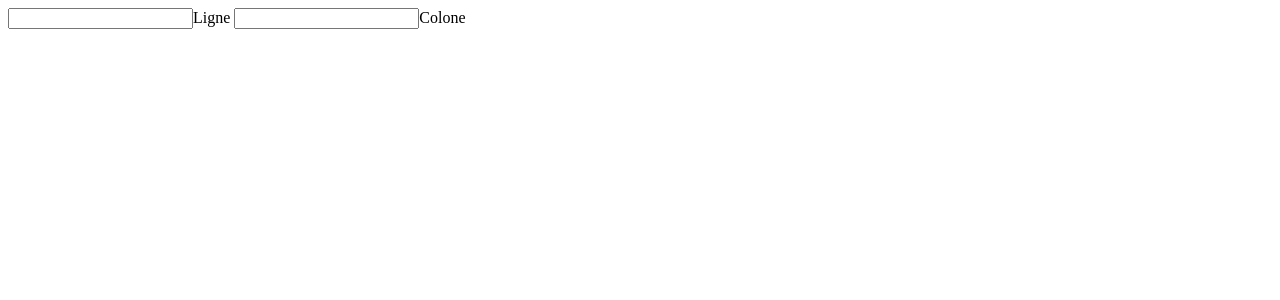
Repository: SamerBenMim/TP3_JEE
Page: TP-3/src/main/webapp/formulaire.html
The author's editor kept a copy of each file at every save. The page is drawn from the files as they stood at one save, then again after the next save.
The browser window is 1280 px wide. The pictures show the whole page.

Above is the page before, as saved 2021-10-11 13:56:25.

### TP-3/src/main/webapp/formulaire.html
<!DOCTYPE html>
<html>
<head>
<meta charset="ISO-8859-1">
<title>Formulaire</title>
<body>
<form action="FirstServlet"  method="get">
<input type="number" id="ligne" name="nbLig">Ligne
<input type="number" id="colone" name="nbCol">Colone
</form>
</body>
</head>
<body>

</body>
</html>

After the next save:
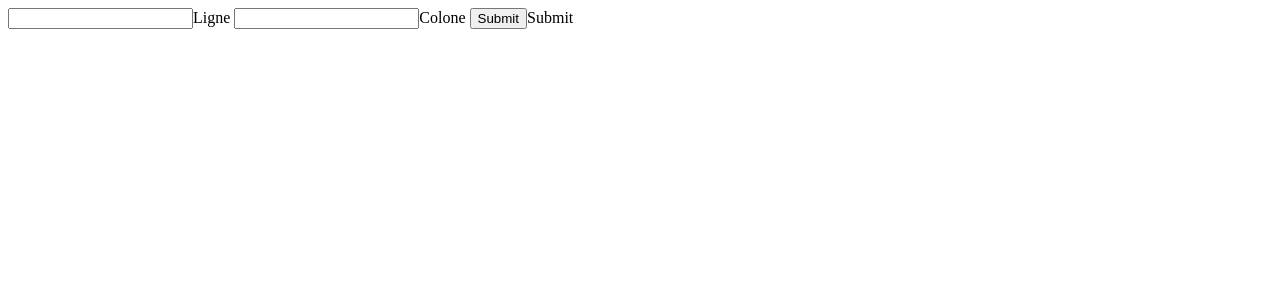
Saved 29 s later.
--- a/TP-3/src/main/webapp/formulaire.html
+++ b/TP-3/src/main/webapp/formulaire.html
@@ -7,6 +7,7 @@
 <form action="FirstServlet"  method="get">
 <input type="number" id="ligne" name="nbLig">Ligne
 <input type="number" id="colone" name="nbCol">Colone
+<input type="submit" id="submit" name="ok">Submit
 </form>
 </body>
 </head>
